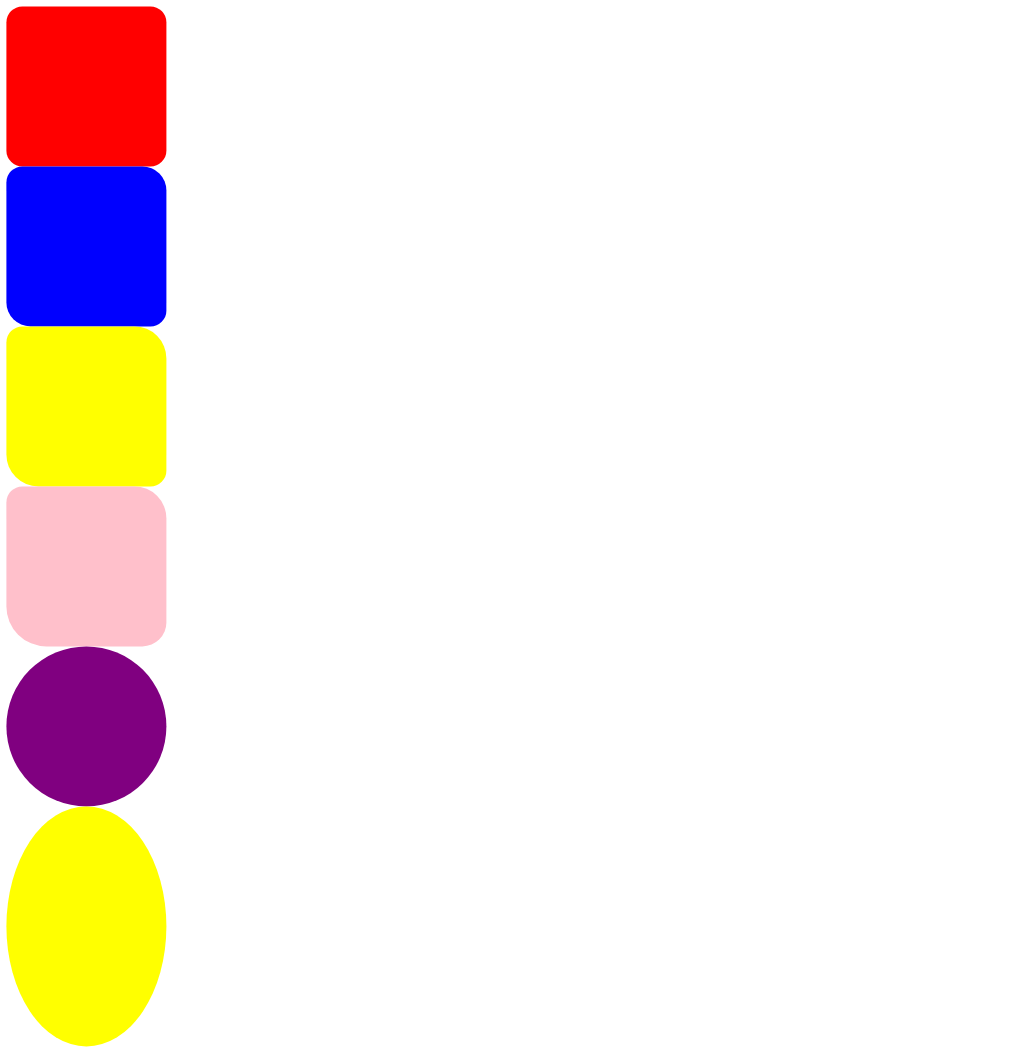
Repository: TheBestBadGuy0228/code
Page: 盒子圆角阴影文字阴影.html
The author's editor kept a copy of each file at every save. The page is drawn from the files as they stood at one save, then again after the next save.
The browser window is 1280 px wide. The pictures show the whole page, at 80% of full size.

Above is the page before, as saved 2021-12-08 14:44:51.

### 盒子圆角阴影文字阴影.html
<!-- /*
 * @Author: Xiao
 * @Date: 2021-12-08 14:35:13
 * @Last Modified by:   Xiao
 * @Last Modified time: 2021-12-08 14:35:13
 */ -->
<!DOCTYPE html>
<html lang="zh-CN">
<head>
    <meta charset="UTF-8">
    <meta http-equiv="X-UA-Compatible" content="IE=edge">
    <meta name="viewport" content="width=device-width, initial-scale=1.0">
    <title>盒子圆角阴影文字阴影</title>
</head>
<style>
    .test1 {
        background-color: red;
        width: 200px;
        height: 200px;
        border-radius: 20px;
    }

    .test2 {
        background-color: blue;
        width: 200px;
        height: 200px;
        border-radius: 20px 30px;
    }

    .test3 {
        background-color: yellow;
        width: 200px;
        height: 200px;
        border-radius: 20px 40px 20px;
    }

    .test4 {
        background-color: pink;
        width: 200px;
        height: 200px;
        border-radius: 20px 40px 30px 50px;
    }

    .test5 {
        background-color: purple;
        width: 200px;
        height: 200px;
        border-radius: 50%;
    }

    .test6 {
        background-color: yellow;
        height: 300px;
        width: 200px;
        border-radius: 50%;
    }
</style>
<body>
    <div class="test1"></div>
    <div class="test2"></div>
    <div class="test3"></div>
    <div class="test4"></div>
    <div class="test5"></div>
    <div class="test6"></div>
</body>
</html>

After the next save:
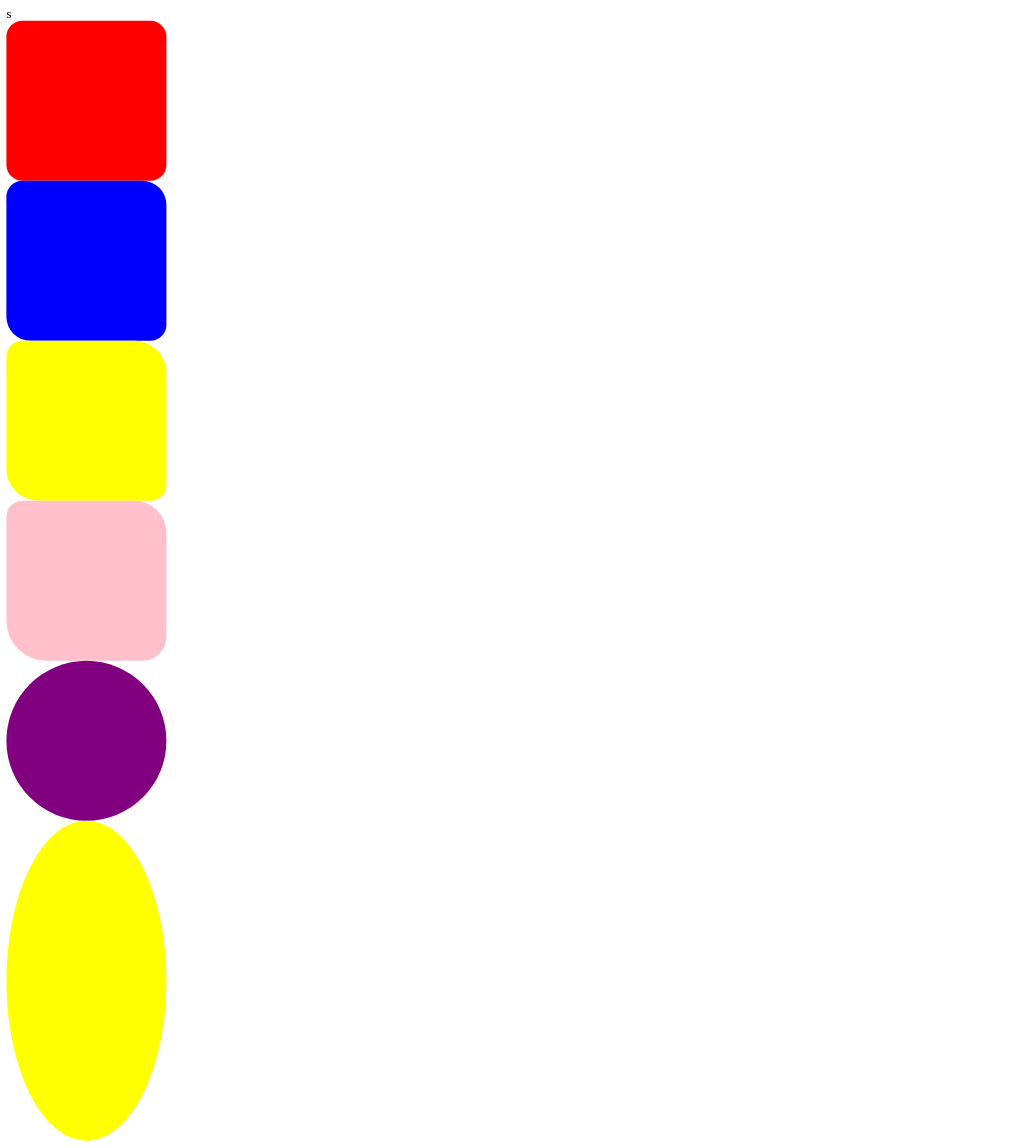
Saved 22 s later.
--- a/盒子圆角阴影文字阴影.html
+++ b/盒子圆角阴影文字阴影.html
@@ -50,11 +50,11 @@
 
     .test6 {
         background-color: yellow;
-        height: 300px;
+        height: 400px;
         width: 200px;
         border-radius: 50%;
     }
-</style>
+</style>s
 <body>
     <div class="test1"></div>
     <div class="test2"></div>
